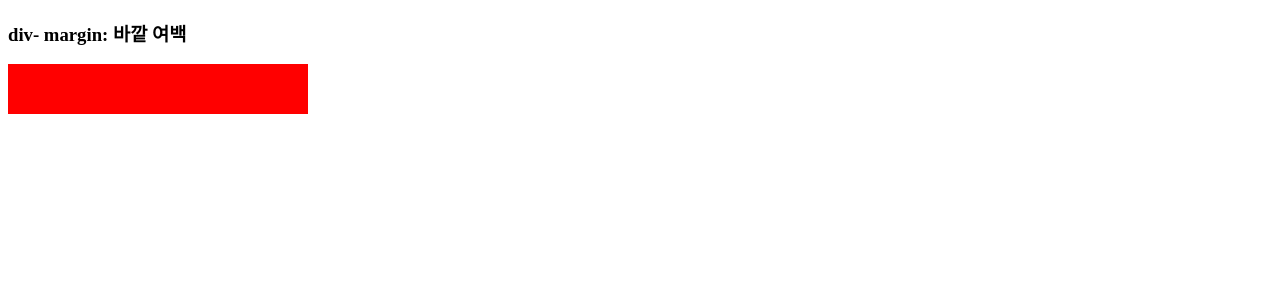
Repository: marudaga/html-css-lecture
Page: work/study/src/main/webapp/htmlEx/ch03/ex05.html
These files come from the project's save history. The page is drawn as it stood at one moment and after a run of saves; the edit follows.
The browser window is 1280 px wide. The pictures show the whole page.

Above is the page before, as saved 2022-09-06 07:29:25.

### work/study/src/main/webapp/htmlEx/ch03/ex05.html
<!DOCTYPE html>
<html>
<head>
<meta charset="UTF-8">
<title>Insert title here</title>
</head>
<body>
<h3>div- margin: 바깥 여백</h3>

<div style="background: red; width:300px;height: 50px; "></div>

</body>
</html>

After the next 2 saves:
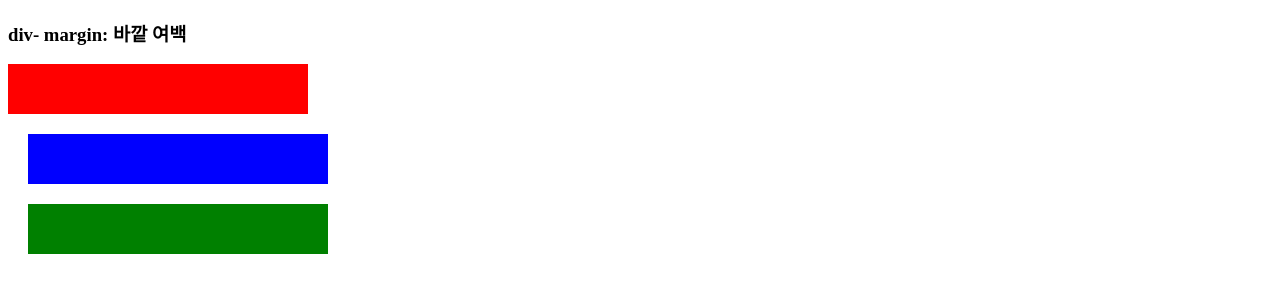
The 2 saves are shown as one change because they came seconds apart.
The last was saved 59 s later.
--- a/work/study/src/main/webapp/htmlEx/ch03/ex05.html
+++ b/work/study/src/main/webapp/htmlEx/ch03/ex05.html
@@ -8,6 +8,9 @@
 <h3>div- margin: 바깥 여백</h3>
 
 <div style="background: red; width:300px;height: 50px; "></div>
+<div style="background: blue; width:300px;height: 50px; margin: 20px; "></div>
+<div style="background: green; width:300px;height: 50px; margin: 20px; "></div>
+<br>
 
 </body>
 </html>
